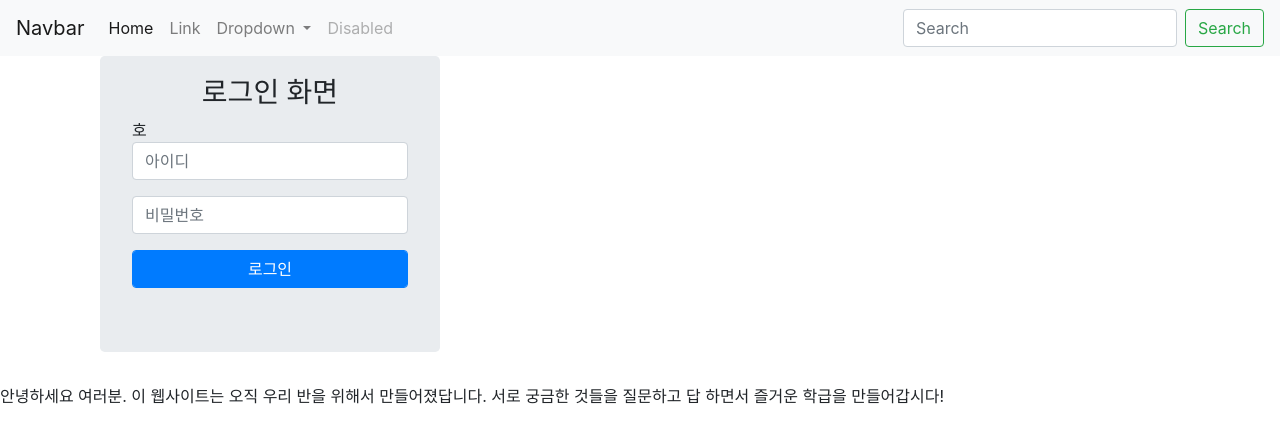
Repository: Munro-L/I-spy-oT__cuHacking-2019
Page: http://localhost/BBS/login.jsp
These files come from the project's save history. The page is drawn as it stood at one moment and after the next save; the edit follows.
The browser window is 1280 px wide. The pictures show the whole page.
The page is served by Tomcat 9. Other server files are loaded and not shown.

Above is the page before, as saved 2019-02-01 06:39:43.

### BBS-master/projects/BBS/WebContent/login.jsp
<%@ page language="java" contentType="text/html; charset=UTF-8"
    pageEncoding="UTF-8"%>
<!DOCTYPE html>
<html>
<head>
<meta http-equiv="Content-Type" content="text/html, charset="UTF-8">
<meta name="viewport" content="width=device-width", intial-scale="1">
<link rel="stylesheet" href="css/bootstrap.css">
<title>질문있어요!</title>
</head>
<body>
	<nav class="navbar navbar-expand-lg navbar-light bg-light">
	  <a class="navbar-brand" href="#">Navbar</a>
	  <button class="navbar-toggler" type="button" data-toggle="collapse" data-target="#navbarSupportedContent" aria-controls="navbarSupportedContent" aria-expanded="false" aria-label="Toggle navigation">
	    <span class="navbar-toggler-icon"></span>
	  </button>

	  <div class="collapse navbar-collapse" id="navbarSupportedContent">
	    <ul class="navbar-nav mr-auto">
	      <li class="nav-item active">
	        <a class="nav-link" href="#">Home <span class="sr-only">(current)</span></a>
	      </li>
	      <li class="nav-item">
	        <a class="nav-link" href="#">Link</a>
	      </li>
	      <li class="nav-item dropdown">
	        <a class="nav-link dropdown-toggle" href="#" id="navbarDropdown" role="button" data-toggle="dropdown" aria-haspopup="true" aria-expanded="false">
	          Dropdown
	        </a>
	        <div class="dropdown-menu" aria-labelledby="navbarDropdown">
	          <a class="dropdown-item" href="#">Action</a>
	          <a class="dropdown-item" href="#">Another action</a>
	          <div class="dropdown-divider"></div>
	          <a class="dropdown-item" href="#">Something else here</a>
	        </div>
	      </li>
	      <li class="nav-item">
	        <a class="nav-link disabled" href="#">Disabled</a>
	      </li>
	    </ul>
	    <form class="form-inline my-2 my-lg-0">
	      <input class="form-control mr-sm-2" type="search" placeholder="Search" aria-label="Search">
	      <button class="btn btn-outline-success my-2 my-sm-0" type="submit">Search</button>
	    </form>
	  </div>
	</nav>

	<div class="container">
		<div class="col-lg-4"></div>
		<div class="col-lg-4">
			<div class="jumbotron" style="padding-top: 20px;">
				<form method="post" action="loginAction.jsp">
					<h3 style="text-align:center;">로그인 화면</h3>호
					<div class="form-group">
						<input type="text" class="form-control" placeholder="아이디" name="userID" maxlength="20">
					</div>
					<div class="form-group">
						<input type="text" class="form-control" placeholder="비밀번호" name="userPassword" maxlength="20">
					</div>
					<input type="submit" class="btn btn-primary form-control" value="로그인">
				</form>

			</div>
		</div>
	</div>

		<p>안녕하세요 여러분. 이 웹사이트는 오직 우리 반을 위해서 만들어졌답니다.
	서로 궁금한 것들을 질문하고 답 하면서 즐거운 학급을 만들어갑시다! </p>
	<script
  src="https://code.jquery.com/jquery-3.3.1.min.js"
  integrity="sha256-FgpCb/KJQlLNfOu91ta32o/NMZxltwRo8QtmkMRdAu8="
  crossorigin="anonymous"></script>
  <script src="js/bootstrap.js"></script>
</html>

Loaded but not shown: BBS-master/projects/BBS/WebContent/css/bootstrap.css (library); BBS-master/projects/BBS/WebContent/js/bootstrap.js (library)

After the next save:
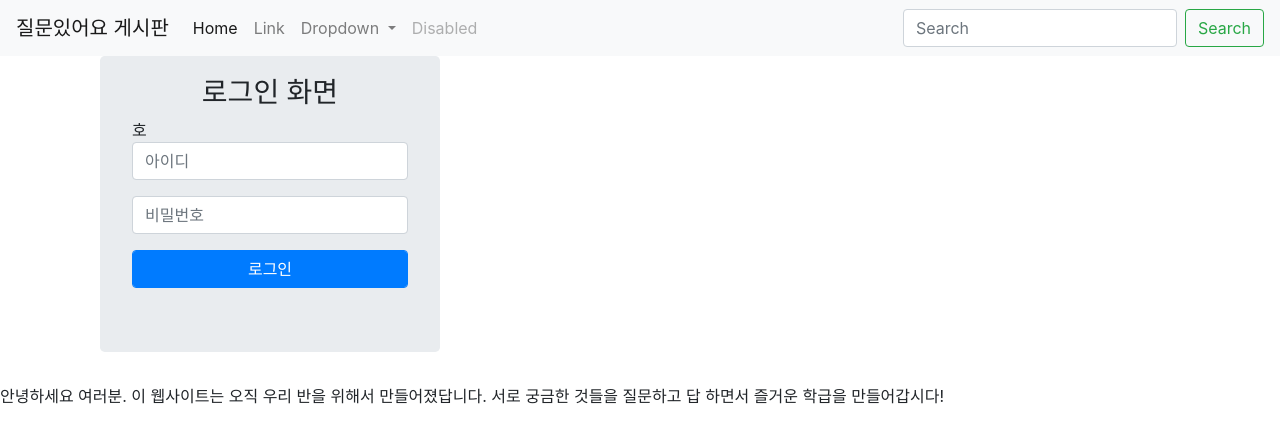
Saved 26 s later.
--- a/BBS-master/projects/BBS/WebContent/login.jsp
+++ b/BBS-master/projects/BBS/WebContent/login.jsp
@@ -10,7 +10,7 @@
 </head>
 <body>
 	<nav class="navbar navbar-expand-lg navbar-light bg-light">
-	  <a class="navbar-brand" href="#">Navbar</a>
+	  <a class="navbar-brand" href="#">질문있어요 게시판</a>
 	  <button class="navbar-toggler" type="button" data-toggle="collapse" data-target="#navbarSupportedContent" aria-controls="navbarSupportedContent" aria-expanded="false" aria-label="Toggle navigation">
 	    <span class="navbar-toggler-icon"></span>
 	  </button>
